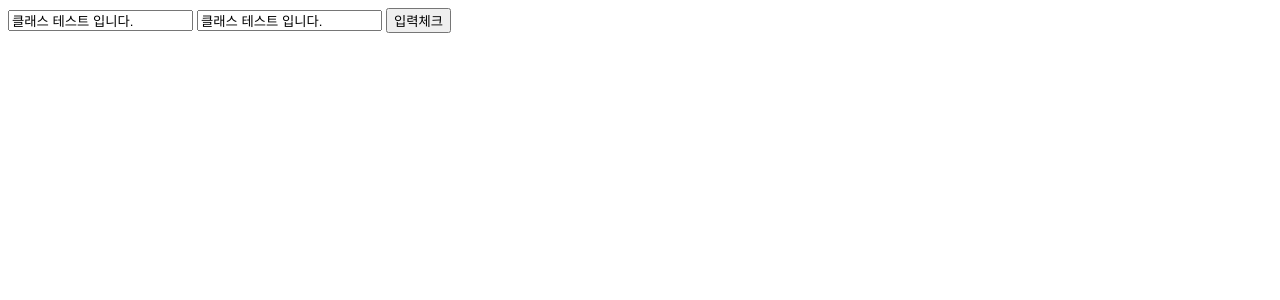
Repository: mjh1583/Hustar03_eGov
Page: http://localhost/JavaScript/js005.jsp
The author's editor kept a copy of each file at every save. The page is drawn from the files as they stood at one save, then again after the next save.
The browser window is 1280 px wide. The pictures show the whole page.
Empty fields were first filled with sample values (such as "Sample", 5 or name@example.com).
After loading, the first visible `input[onclick="fn_check();"]` was clicked once.
The page is served by Tomcat 9.

Above is the page before, as saved 2021-05-06 06:33:31.

### workspace/JavaScript/src/main/webapp/js005.jsp
<%@ page language="java" contentType="text/html; charset=UTF-8"
    pageEncoding="UTF-8"%>
<!DOCTYPE html>
<html>
<head>
	<meta charset="UTF-8">
	<title>이벤트 - JQuery</title>
</head>
<body>
	<div>
		<input type="text" id="txt" class="cls_txt" name="txt" placeholder="입력란..."/>
		<input type="text" id="txt2" class="cls_txt" name="txt2" placeholder="입력란2..."/>
		<input type="button" value="입력체크" onclick="fn_check();"/>
	</div>

	<script src="https://code.jquery.com/jquery-3.6.0.js" ></script>
	<script type="text/javascript">
		function fn_check() {
			//$('#txt').val("testtest!!!");
			alert($('.cls_txt').val("클래스 테스트 입니다."));
		}
	</script>
</body>
</html>

After the next save:
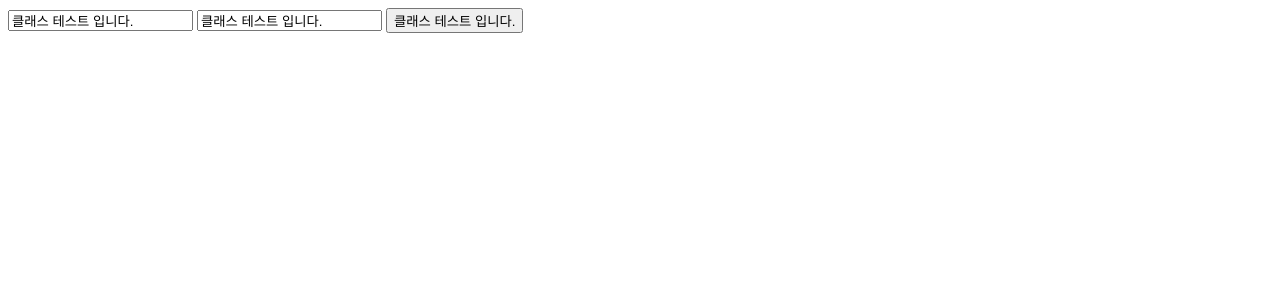
Saved 36 s later.
--- a/workspace/JavaScript/src/main/webapp/js005.jsp
+++ b/workspace/JavaScript/src/main/webapp/js005.jsp
@@ -17,7 +17,8 @@
 	<script type="text/javascript">
 		function fn_check() {
 			//$('#txt').val("testtest!!!");
-			alert($('.cls_txt').val("클래스 테스트 입니다."));
+			//$('.cls_txt').val("클래스 테스트 입니다.");
+			$('input').val("클래스 테스트 입니다.");
 		}
 	</script>
 </body>
